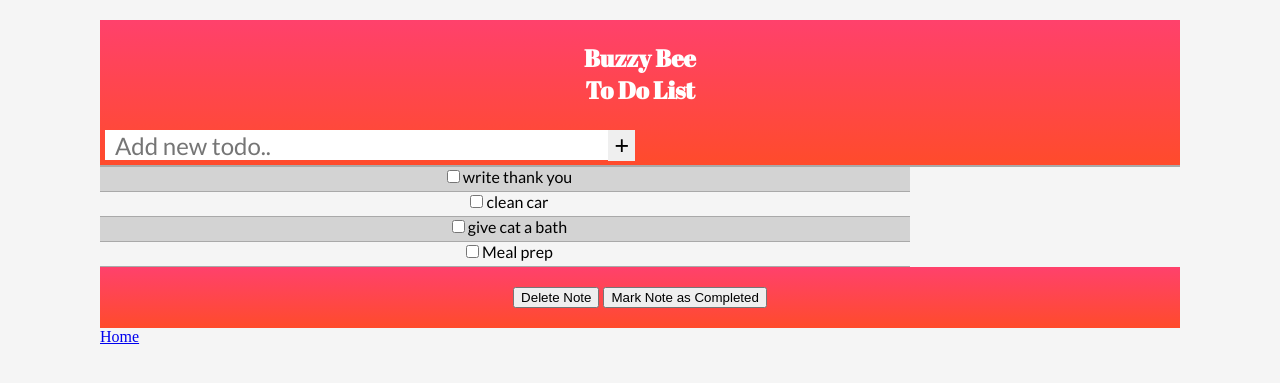
Repository: seleniadelgado/backend-spring2020-angie
Page: projects/todo/public_html/index.html
The author's editor kept a copy of each file at every save. The page is drawn from the files as they stood at one save, then again after the next save.
The browser window is 1280 px wide. The pictures show the whole page.
The page's requests for data from a server got no answer.

Above is the page before, as saved 2020-05-13 16:10:19.

After the next save:
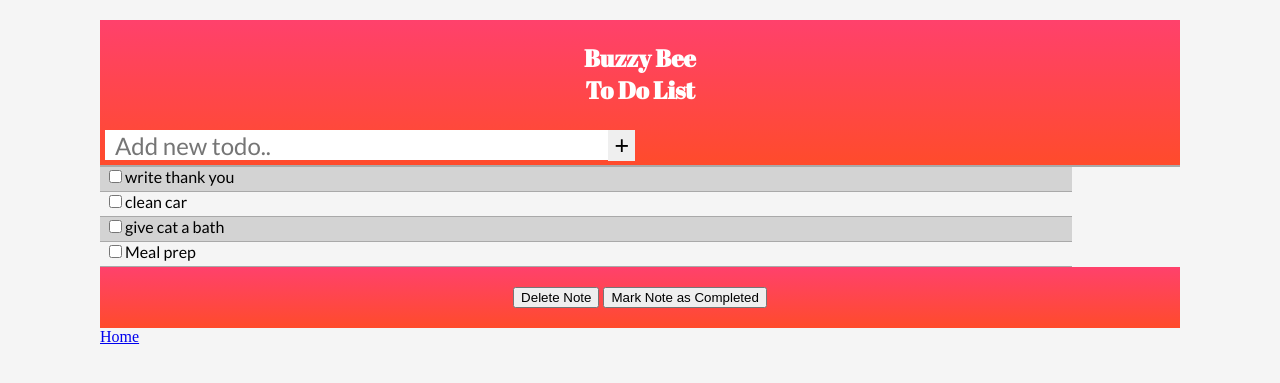
Saved 13 s later.
--- a/projects/todo/public_html/styles.css
+++ b/projects/todo/public_html/styles.css
@@ -70,8 +70,8 @@ body {
     background-color: whitesmoke;
     padding-left: 5px;
     font-family: var(--list-font);
-    width: 75%;
-    text-align: center;
+    width: 90%;
+
 }
 .container {
     font:
